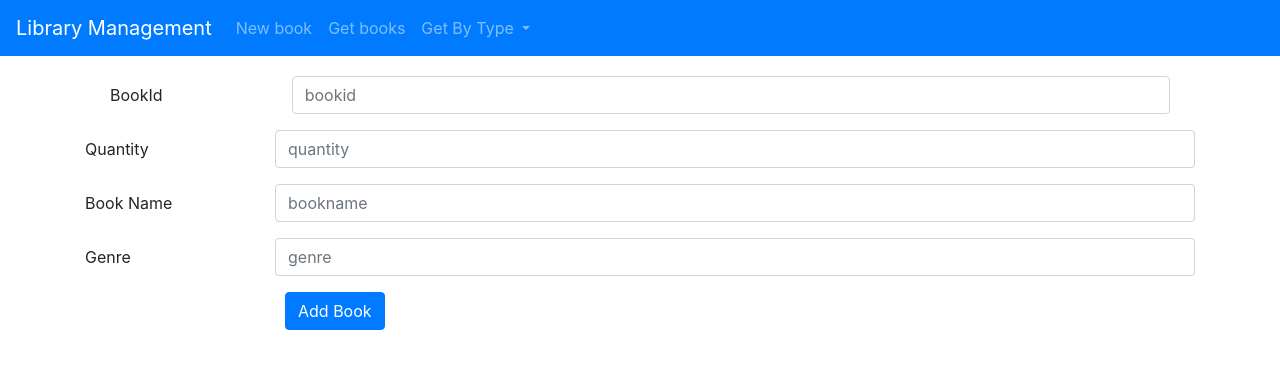
Repository: kshashikumar/application-library
Page: http://localhost/application/WEB-INF/jsp/newbook.jsp
An editor plug-in stored every save of this project. The page is shown before and after the next save, followed by the edit.
The browser window is 1280 px wide. The pictures show the whole page.
Some web libraries are served in a nearby version. The page is served by Tomcat 9. Nobody is signed in. The template is opened directly, without the code that normally fills it, so the values that code supplies are empty.

Above is the page before, as saved 2021-05-16 17:02:31.

After the next save:
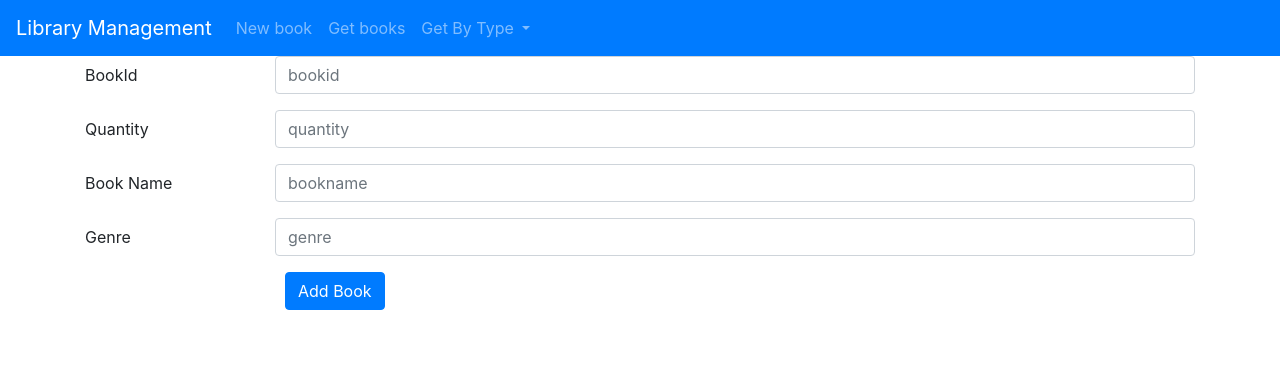
Saved 27 s later.
--- a/application/src/main/webapp/WEB-INF/jsp/newbook.jsp
+++ b/application/src/main/webapp/WEB-INF/jsp/newbook.jsp
@@ -19,7 +19,7 @@ margin-top: 20px;
 <%@ include file="header.jsp" %>
 <div class="container">
 <form action="/saveBook" method="post">
-  <div class="form-group row hoo">
+  <div class="form-group row">
     <label for="bookid" class="col-sm-2 col-form-label">BookId</label>
     <div class="col-sm-10">
       <input type="text" name="bookId" class="form-control" value="${ data}" id="bookid" placeholder="bookid">
